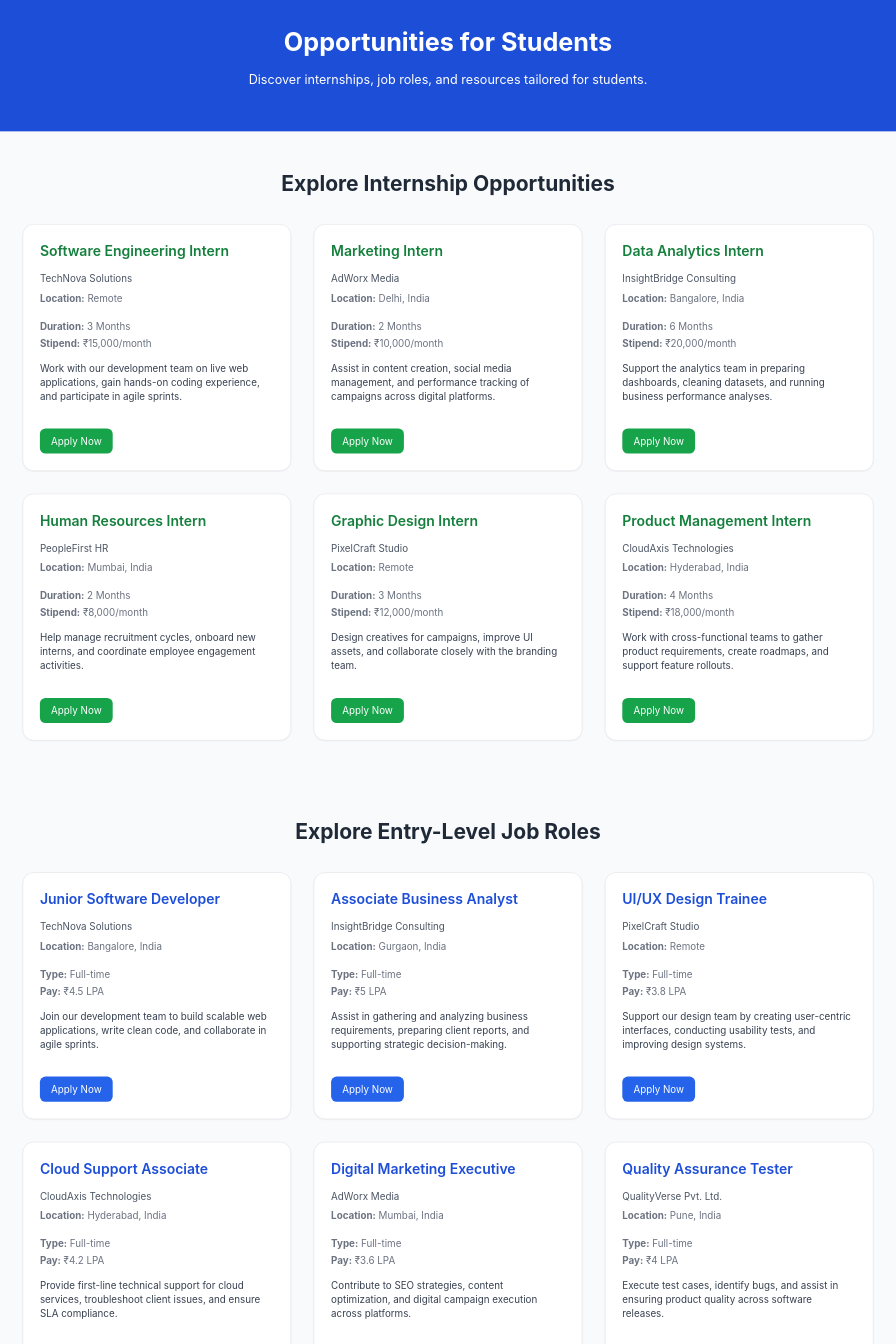
Repository: Siddharthkothiyal/GharPadhaaroCareerWebsite
Page: /#/students
The author's editor kept a copy of each file at every save. The page is drawn from the files as they stood at one save, then again after the next save.
The browser window is 1280 px wide. The pictures show the part of the page from y = 0 to 1920 px (the page is 5123 px tall before and 6203 px after), at 70% of full size.
The project was rebuilt for these pictures with package versions that can differ from the ones it lists, and the page was loaded fresh each time. Also part of the build but not shown: src/components/CareerPortal/JobListing/JobListings.css, src/components/CareerPortal/JobListing/JobListings.js, src/components/CareerPortal/Header.css, src/components/CareerPortal/ResumeUpload.css, src/components/CareerPortal/ResumeUpload.js, src/components/CareerPortal/Header.js, src/components/CareerPortal/JobListing/JobSearch.css, src/components/CareerPortal/JobListing/JobSearch.js and 10 more.

Above is the page before, as saved 2025-06-21 20:54:59.

After the next save:
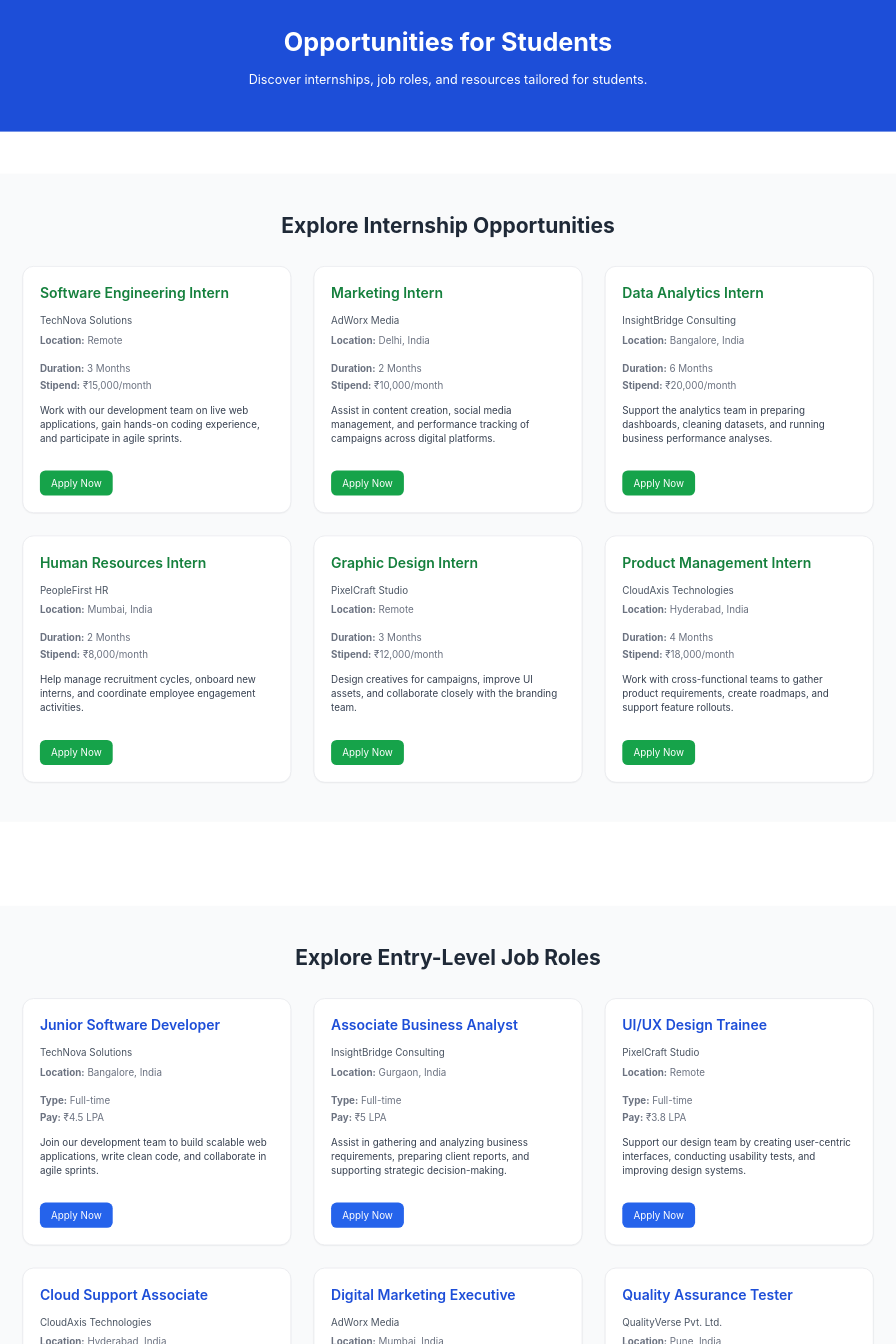
Saved 2 min 52 s later.
--- a/src/components/CareerPortal/StudentsPage/StudentsPage.js
+++ b/src/components/CareerPortal/StudentsPage/StudentsPage.js
@@ -1,5 +1,4 @@
 import React from "react";
-import { Element } from "react-scroll";
 
 import Internships from "./sections/Internships";
 import FreshersJob from "./sections/FreshersJob";
@@ -24,50 +23,42 @@
         </div>
       </section>
 
-      {/* Internships */}
-      <Element name="Internships">
+      {/* All sections with matching IDs */}
+      <section id="internships">
         <Internships />
-      </Element>
+      </section>
 
-      {/* Fresher Jobs */}
-      <Element name="FreshersJob">
+      <section id="fresher-jobs">
         <FreshersJob />
-      </Element>
+      </section>
 
-      {/* Early Career Programs */}
-      <Element name="EarlyCareers">
+      <section id="early-careers">
         <EarlyCareers />
-      </Element>
+      </section>
 
-      {/* Hackathons */}
-      <Element name="Hackathons">
+      <section id="hackathons">
         <Hackathon />
-      </Element>
+      </section>
 
-      {/* Webinars */}
-      <Element name="Webinars">
+      <section id="webinars">
         <Webinars />
-      </Element>
+      </section>
 
-      {/* Scholarships */}
-      <Element name="Scholarships">
+      <section id="scholarships">
         <Scholarships />
-      </Element>
+      </section>
 
-      {/* Mentorship */}
-      <Element name="Mentorship">
+      <section id="mentorship">
         <Mentorship />
-      </Element>
+      </section>
 
-      {/* Learning Resources */}
-      <Element name="Resources">
+      <section id="resources">
         <Resources />
-      </Element>
+      </section>
 
-      {/* FAQs */}
-      <Element name="FAQs">
+      <section id="faqs">
         <FAQs />
-      </Element>
+      </section>
     </div>
   );
 };

After the 4 saves that followed:
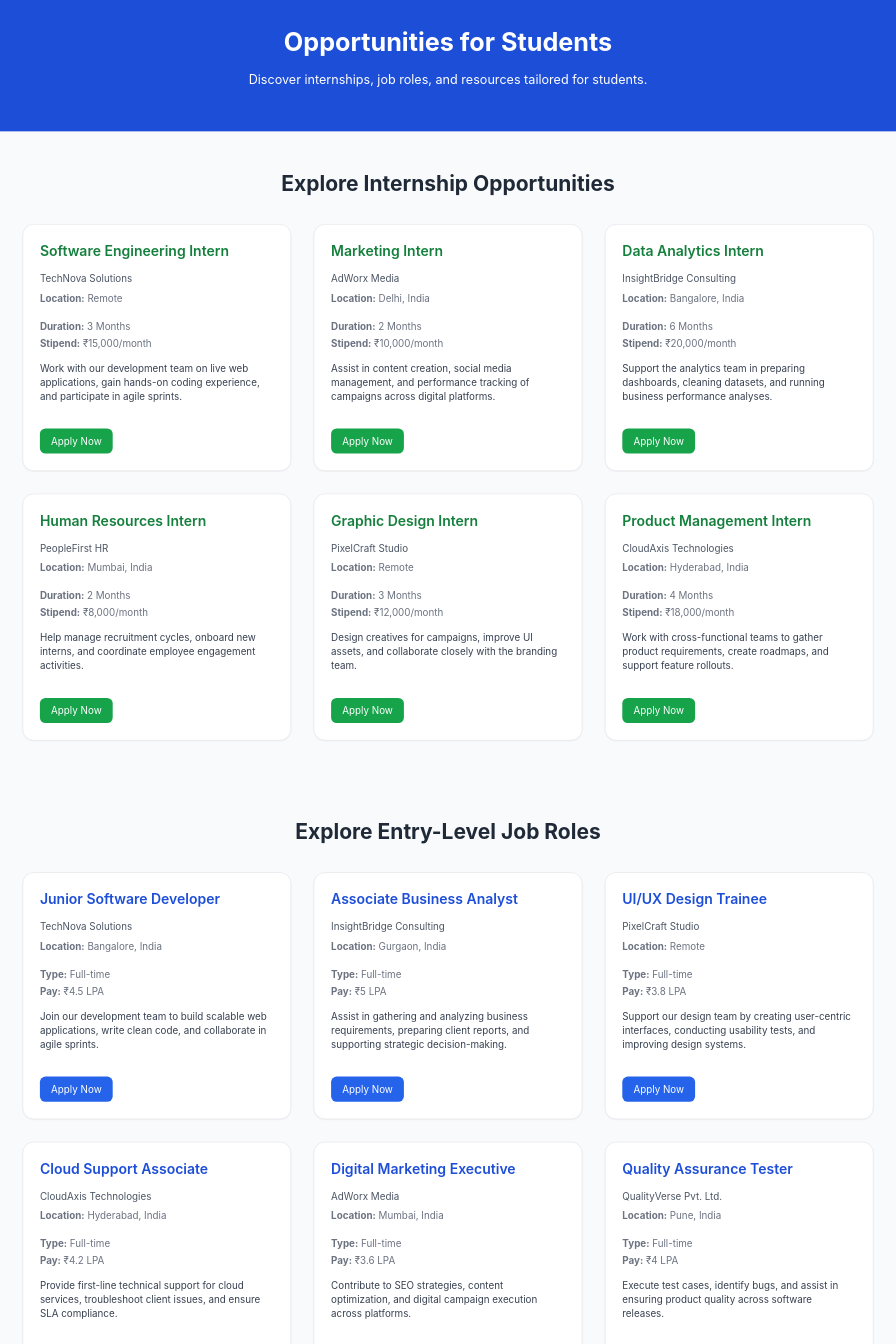
The 4 saves are shown as one change because 3 left the picture as it was.
The last was saved 13 min 11 s later.
--- a/src/components/CareerPortal/StudentsPage/StudentsPage.js
+++ b/src/components/CareerPortal/StudentsPage/StudentsPage.js
@@ -23,42 +23,16 @@
         </div>
       </section>
 
-      {/* All sections with matching IDs */}
-      <section id="internships">
-        <Internships />
-      </section>
-
-      <section id="fresher-jobs">
-        <FreshersJob />
-      </section>
-
-      <section id="early-careers">
-        <EarlyCareers />
-      </section>
-
-      <section id="hackathons">
-        <Hackathon />
-      </section>
-
-      <section id="webinars">
-        <Webinars />
-      </section>
-
-      <section id="scholarships">
-        <Scholarships />
-      </section>
-
-      <section id="mentorship">
-        <Mentorship />
-      </section>
-
-      <section id="resources">
-        <Resources />
-      </section>
-
-      <section id="faqs">
-        <FAQs />
-      </section>
+      {/* Sections with ID for HashLink to scroll */}
+      <div id="internships"><Internships /></div>
+      <div id="FreshersJob"><FreshersJob /></div>
+      <div id="EarlyCareers"><EarlyCareers /></div>
+      <div id="Hackathons"><Hackathon /></div>
+      <div id="Webinars"><Webinars /></div>
+      <div id="Scholarships"><Scholarships /></div>
+      <div id="Mentorship"><Mentorship /></div>
+      <div id="Resources"><Resources /></div>
+      <div id="FAQs"><FAQs /></div>
     </div>
   );
 };
